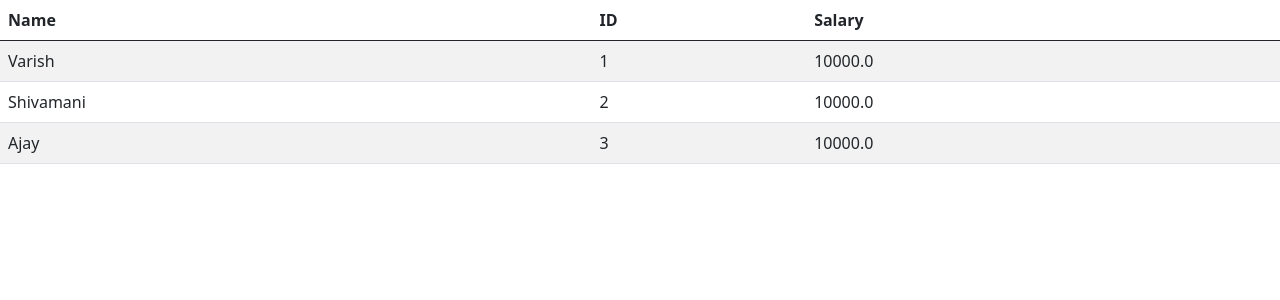
Repository: valletivarish/monojsp
Page: http://localhost/05-jsp-jstl-tags-demo/emp-jstl-forEach-demo.jsp
An editor plug-in stored every save of this project. The page is shown before and after the next save, followed by the edit.
The browser window is 1280 px wide. The pictures show the whole page.
The page is served by Tomcat 9.

Above is the page before, as saved 2024-07-15 08:19:30.

### 05-jsp-jstl-tags-demo/WebContent/emp-jstl-forEach-demo.jsp
<%@ page language="java" contentType="text/html; charset=ISO-8859-1"
    pageEncoding="ISO-8859-1"%>
<%@ taglib uri="http://java.sun.com/jsp/jstl/core" prefix="c"%>
<%@ taglib uri="http://java.sun.com/jsp/jstl/functions" prefix="fn"%>
<%@ page import="java.util.ArrayList" %>
<%@ page import="com.monocept.model.Employee" %>
<!DOCTYPE html>
<html>
<head>
<meta charset="ISO-8859-1">
<title>Employee List</title>
<link href="https://cdn.jsdelivr.net/npm/bootstrap@5.0.2/dist/css/bootstrap.min.css" rel="stylesheet" integrity="sha384-EVSTQN3/azprG1Anm3QDgpJLIm9Nao0Yz1ztcQTwFspd3yD65VohhpuuCOmLASjC" crossorigin="anonymous">
<script src="https://cdn.jsdelivr.net/npm/bootstrap@5.0.2/dist/js/bootstrap.bundle.min.js" integrity="sha384-MrcW6ZMFYlzcLA8Nl+NtUVF0sA7MsXsP1UyJoMp4YLEuNSfAP+JcXn/tWtIaxVXM" crossorigin="anonymous"></script>
</head>
<body>
    <%
        ArrayList<Employee> employees=new ArrayList<Employee>();
        employees.add(new Employee("Varish",1,10000.0));
        employees.add(new Employee("Shivamani",2,10000.0));
        employees.add(new Employee("Ajay",3,10000.0));
        pageContext.setAttribute("myEmployees", employees);
    %>
    <table class="table table-striped">
        <thead>
            <tr>
                <th>Name</th>
                <th>ID</th>
                <th>Salary</th>
            </tr>
        </thead>
        <tbody>
        <c:forEach var="emp" items="${myEmployees}">
            <tr>
                <td>${emp.name}</td>
                <td>${emp.id}</td>
                <td>${emp.salary}</td>
            </tr>
        </c:forEach>
        </tbody>
    </table>
</body>
</html>

### 05-jsp-jstl-tags-demo/src/com/monocept/model/Employee.java
package com.monocept.model;


public class Employee {
	private String name;
	private int id;
	private double salary;
	public Employee(String name, int id, double salary) {
		super();
		this.name = name;
		this.id = id;
		this.salary = salary;
	}
	public String getName() {
		return name;
	}
	public void setName(String name) {
		this.name = name;
	}
	public int getId() {
		return id;
	}
	public void setId(int id) {
		this.id = id;
	}
	public double getSalary() {
		return salary;
	}
	public void setSalary(double salary) {
		this.salary = salary;
	}
}

After the next save:
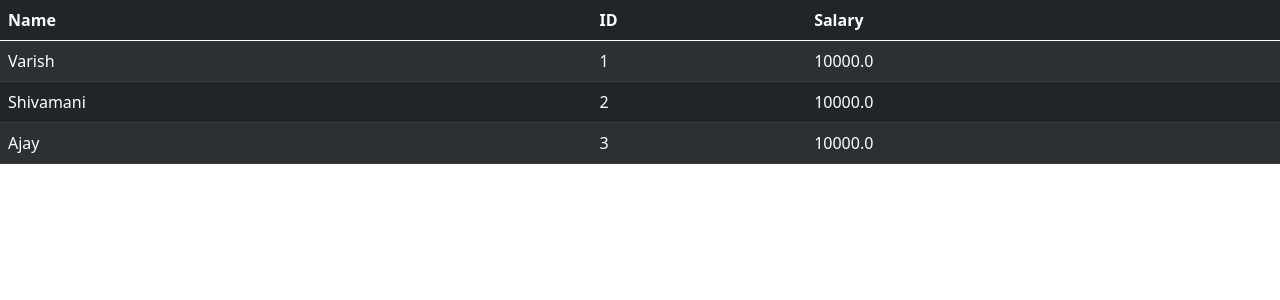
Saved 39 s later.
--- a/05-jsp-jstl-tags-demo/WebContent/emp-jstl-forEach-demo.jsp
+++ b/05-jsp-jstl-tags-demo/WebContent/emp-jstl-forEach-demo.jsp
@@ -20,7 +20,7 @@
         employees.add(new Employee("Ajay",3,10000.0));
         pageContext.setAttribute("myEmployees", employees);
     %>
-    <table class="table table-striped">
+    <table class="table table-striped table-dark">
         <thead>
             <tr>
                 <th>Name</th>
